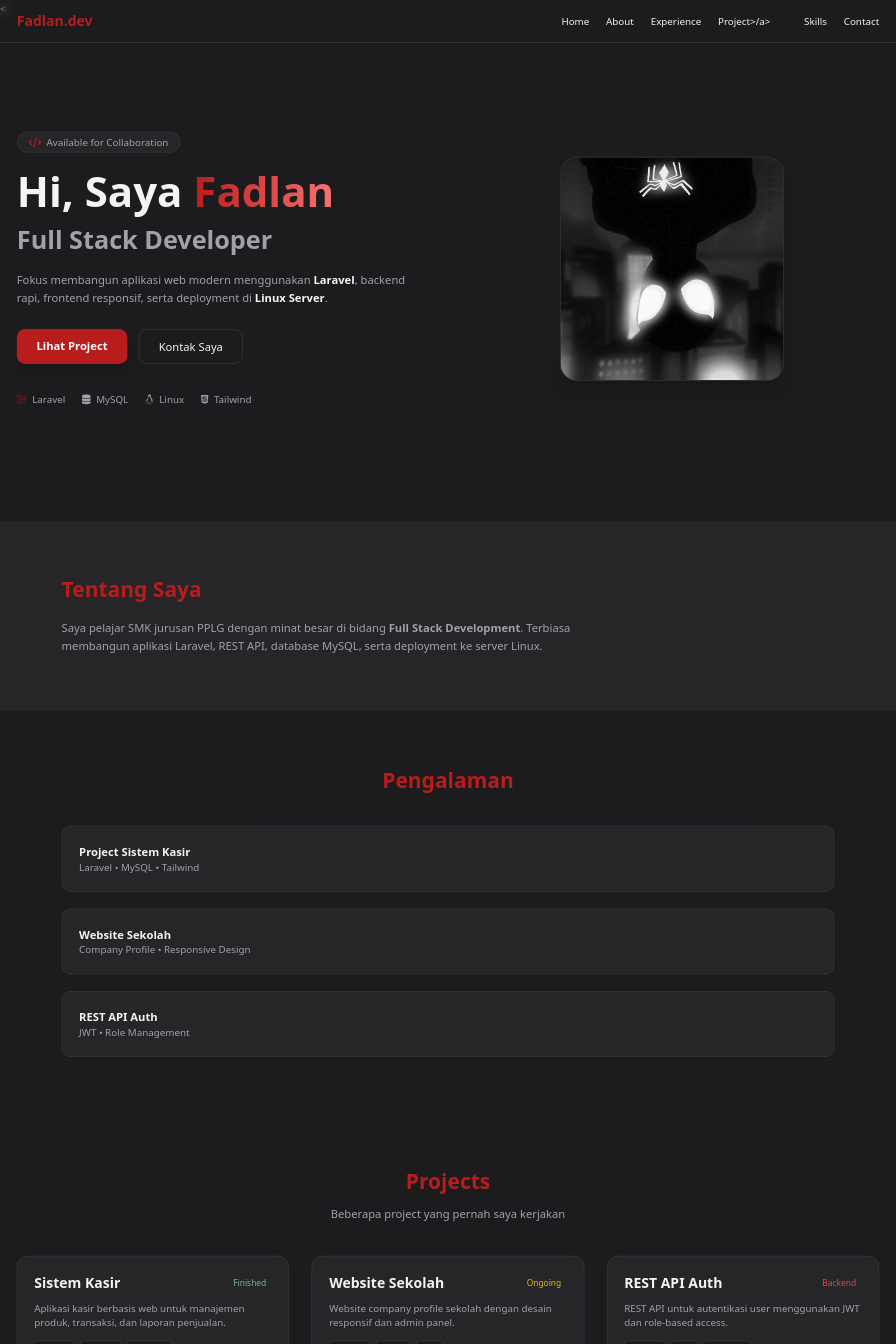
Repository: Fadlan079/Personal-Portfolio
Page: http://localhost/
An editor plug-in stored every save of this project. The page is shown before and after the next save, followed by the edit.
The browser window is 1280 px wide. The pictures show the part of the page from y = 0 to 1920 px (the page is 3764 px tall), at 70% of full size.
Some web libraries are served in a nearby version. The page is served by the project's Laravel application, run on PHP 8.4 with Laravel 12.

Above is the page before, as saved 2026-01-14 14:36:21.

After the next save:
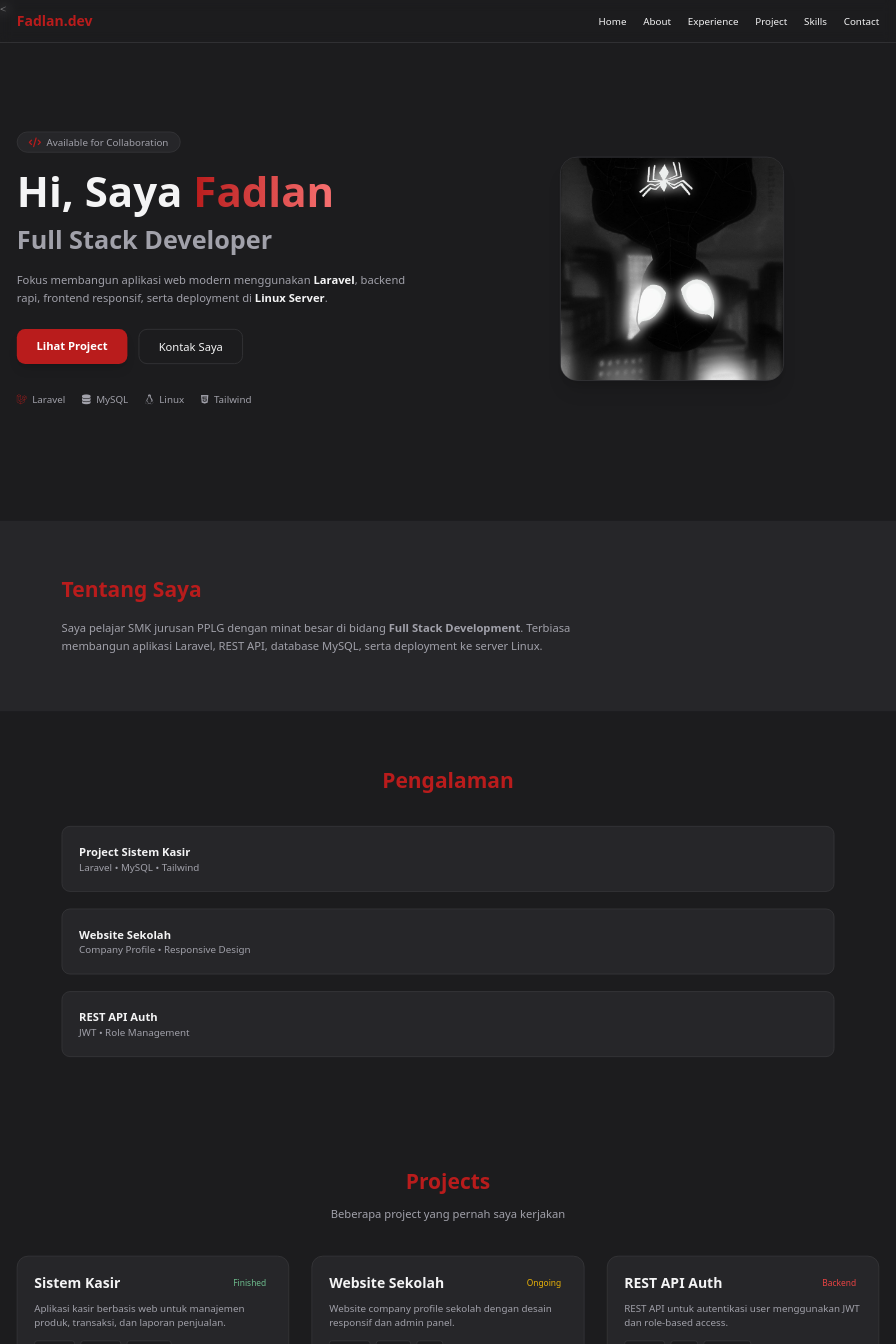
Saved 4 s later.
--- a/resources/views/portofolio.blade.php
+++ b/resources/views/portofolio.blade.php
@@ -70,7 +70,7 @@
         <span class="absolute left-0 -bottom-1 h-[2px] w-0 bg-primary transition-all group-hover:w-full"></span>
       </li>
         <li class="relative group">
-        <a href="#project">Project>/a>
+        <a href="#project">Project</a>
         <span class="absolute left-0 -bottom-1 h-[2px] w-0 bg-primary transition-all group-hover:w-full"></span>
       </li>
       <li class="relative group">
